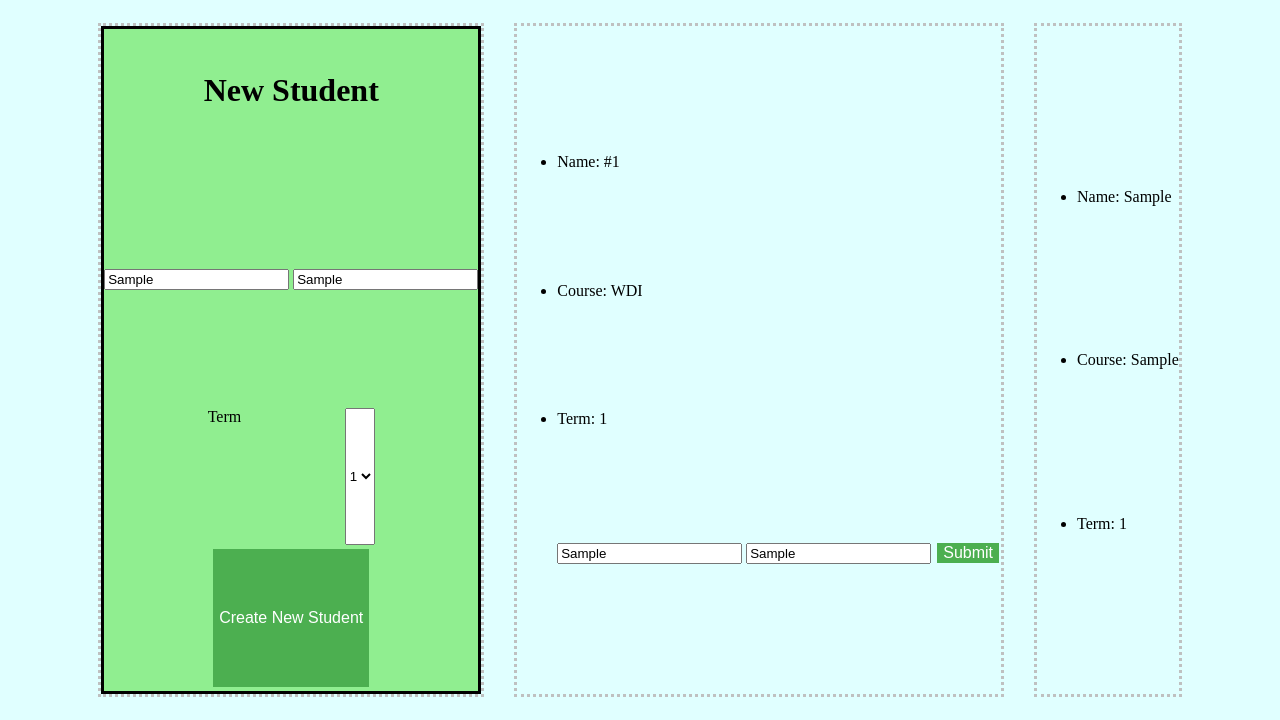
Repository: EdmontDantes/graderaide-fullstack-solution
Page: index.html
An editor plug-in stored every save of this project. The page is shown before and after a run of saves, followed by the edit.
The browser window is 1280 px wide. The pictures show the whole page.
Empty fields were first filled with sample values (such as "Sample", 5 or name@example.com).
After loading, the first visible `button.new-student-button` was clicked once.

Above is the page before, as saved 2020-04-22 14:17:31.

### index.html
<html lang="en">
  <head>
    <title>Graderaide</title>
    <meta charset="UTF-8">
    <meta name="viewport" content="width=device-width, initial-scale=1">
    <link rel="stylesheet" type="text/css" href="style-index.css">
  </head>

  <body>
    <section class="app">
      <section class="student-display" id="create-new-student-tile">

      <section class="new-student-input">
        <h1 id="text-h1-creation-section">New Student</h1>

        <div id="new-student-input-boxes">
          <input type="text" class="new-student-name" name="new-student-name" placeholder="Student Name">
          <input type="text" class="new-student-course" name="new-student-course" placeholder="Course">
        </div>

        <div id="new-student-input-options"
          <label for="new-student-term">Term</label>
          <select class="new-student-term" name="new-student-term">
            <option value="1">1</option>
            <option value="2">2</option>
            <option value="3">3</option>
          </select>
        </div>
        <section class="new-student-submit">
          <button type="submit" class="new-student-button">Create New Student</button>
        </section>
      </section>
    </section>

      <section class="student-display " id="student-1">
        <ul class="student-info">
          <li>Name: #1</li>
          <li>Course: WDI</li>
          <li>Term: 1</li>
          <!-- <li>
            <select class="course-selection">
              <option value="wdi">WDI</option>
            </select>
            <p>No grades yet.</p>
          </li> -->
            <!-- <section>
              <input type="text" name="new-course" class="new-course" placeholder="New Course">
              <button type="submit" class="submit-new-course">Submit</button>
            </section>
            <section>
              <input type="text" name="new-term" class="new-term" placeholder="New Term For Course">
              <button type="submit" class="submit-new-term">Submit</button>
            </section> -->
            <section class="add-grades-inputs-and-submit">
              <input type="text" name="new-grade" class="new-grade" placeholder="New Grade">
              <input type="text" name="new-grade-assignment" class="new-grade-assignment" placeholder="Assignment Name">
              <button type="submit" class="submit-new-grade-assignment">Submit</button>
            </section>

        </ul>
      </section>
      </section>
    </section>
  </body>
  <script src="main.js"></script>
</html>

### style-index.css
body {
    background-color: lightcyan;
    display: flex;
    flex-wrap: wrap;
    justify-content: center;
}

.app {
    display: flex;
    flex-direction: row;
    flex-wrap: wrap;
    justify-content: space-around;
}

#text-h1-creation-section {
    display: flex;
    flex-wrap: wrap;
    justify-content: center;
    font-size: 2em;
}

#new-student-input-options {
    display: flex;
    flex-wrap: wrap;
    flex-direction: row;
    justify-content: space-evenly;
}

.new-student-submit {
    display: flex;
    flex-wrap: wrap;
    justify-content: center;
}

.new-student-input {
    display: grid;

    background-color: lightgreen;
    border: 3px solid black;

}
button {
    background-color: #4CAF50;
    border: none;
    color: white;
    text-align: center;
    text-decoration: none;
    display: inline-block;
    font-size: 16px;
    margin: 4px 2px;
    cursor: pointer;
}

.student-display {
    display: flex;
    justify-content: space-around;
    border: 3px dotted #BFC0C0;
    margin: 15px;
}

.student-info {
    display: flex;
    flex-direction: column;
    justify-content: space-evenly;
}

a {
    background-color: white;
    color: black;
    border: 5px solid #4CAF50;
    padding: 10px 20px;
    text-align: center;
    text-decoration: none;
    display: inline-block;
    font-size: 16px;
    margin-left: 20px;
}

### main.js
/******************
 * YOUR CODE HERE *
 ******************/

const Grade = (assignment, score) => {
    return {
        assignment,
        score,
    }
}

const Term = () => {
    return {
    grades: [],

    addGrade: function(assignment, score) {
        const grade = Grade(assignment, score);
        this.grades.push(grade);
    },
    }
}

const Course = (name) => {
    return {
    name,
    terms: [Term()],

    addTerm: function() {
        const term = Term();
        this.terms.push(term);
    }
    }
}

const Student = (name, course, term = 1) => {
    return {
    name,
    course,
    term,
    courses: [Course(course)],

    addCourse: function(course) {
        this.courses.push(Course(course));
        this.course = course;
    },

    getAverage: function(courseToFind = this.course, termIndex = this.term - 1) {
        let foundCourse;
        for (const course of this.courses) {
        if (course.name === courseToFind) {
            foundCourse = course;
        }
        }

        const grades = foundCourse.terms[termIndex].grades;
        if (grades.length === 0) {
        return 'No grades yet.'
        }

        let sum = 0;
        for (const grade of grades) {
        sum += grade.score;
        }

        return sum / grades.length;
    },
    }
}

// const createNewStudentTileQuery = document.querySelector('#create-new-student-tile');
const newStudentNameQuery = document.querySelector('.new-student-name');
const newStudentCourseNameQuery = document.querySelector('.new-student-course');
const newStudentTermNumOptionQuery = document.querySelector('.new-student-term');
const btnNewStudentSubmitQuery = document.querySelector('.new-student-button');

const newStudentTile = function() {

    name = newStudentNameQuery.value;
    course = newStudentCourseNameQuery.value;
    termNum = newStudentTermNumOptionQuery.value;

    let newStudent = Student(name, course, termNum);
    console.log(newStudent);
    const studentDisplay = document.createElement('div');
    studentDisplay.className = 'student-display';
    let numId = document.querySelectorAll('.student-display')

    studentDisplay.id = `student-${numId.length}`;
    const studentInfo = document.createElement('ul');
    const nameItem = document.createElement('li');
    const courseItem = document.createElement('li');
    const termItem  = document.createElement('li');
    const addGradesSection = document.createElement('div');

    addGradesSection.className = `add-grades-inputs-and-submit`;
    addGradesSection.id = `student-${numId.length}`;
    addGradesSection.innerHTML = `
    <input type="text" name="new-grade" class="new-grade" placeholder="New Grade">
    <input type="text" name="new-grade-assignment" class="new-grade-assignment" placeholder="Assignment Name">
    <button type="submit" class="submit-new-grade-assignment">Submit</button>`

    nameItem.innerText = `Name: ${newStudent.name}`;
    courseItem.innerText = `Course: ${newStudent.course}`;
    termItem.innerText = `Term: ${newStudent.term}`;


    studentInfo.classList.add('student-info');
    studentInfo.appendChild(nameItem);
    studentInfo.appendChild(courseItem);
    studentInfo.appendChild(termItem);
    // someParentElement.appendChild(studentInfo);
    studentDisplay.append(studentInfo);
    document.querySelector('.app').append(studentDisplay)

}

btnNewStudentSubmitQuery.addEventListener('click', newStudentTile);

After the next 2 saves:
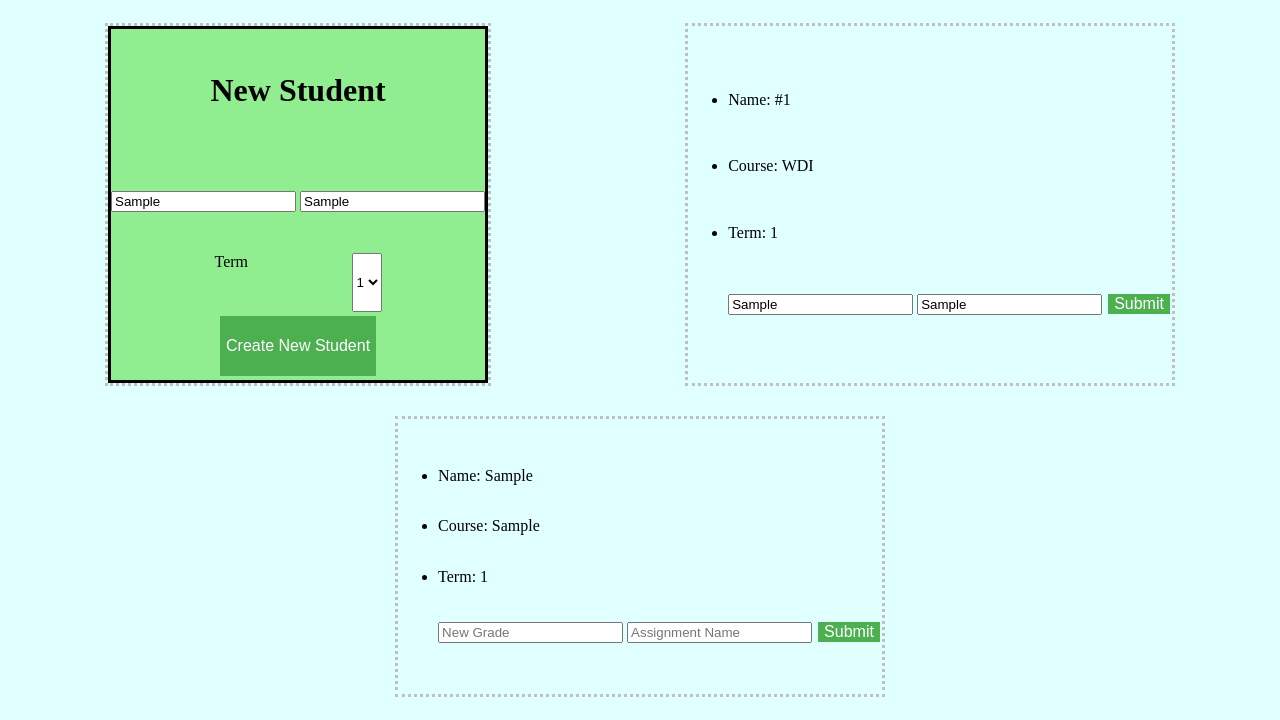
The 2 saves are shown as one change because they came seconds apart.
The last was saved 2 min 27 s later.
--- a/main.js
+++ b/main.js
@@ -108,7 +108,7 @@ const newStudentTile = function() {
     studentInfo.appendChild(nameItem);
     studentInfo.appendChild(courseItem);
     studentInfo.appendChild(termItem);
-    // someParentElement.appendChild(studentInfo);
+    studentInfo.appendChild(addGradesSection)
     studentDisplay.append(studentInfo);
     document.querySelector('.app').append(studentDisplay)
 
